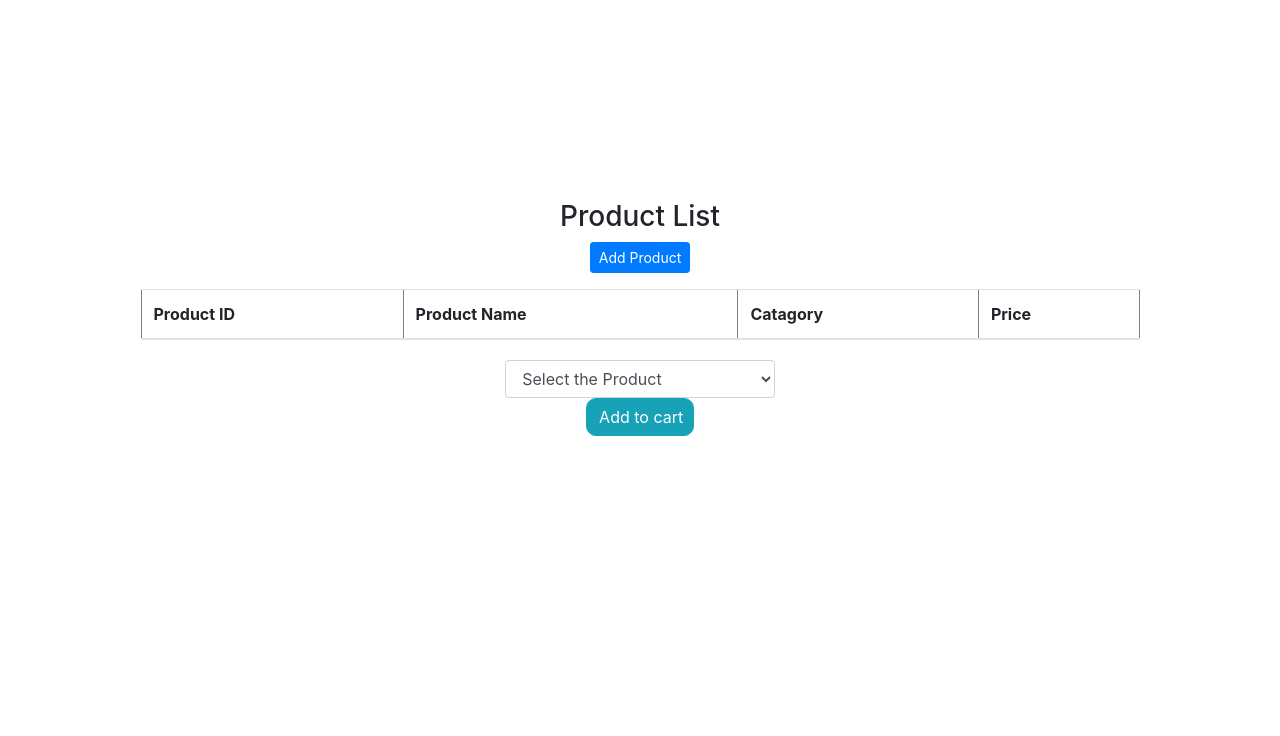
Repository: ponmalar24/Microservice_Bootcamp_SpringbootProject
Page: http://localhost/product
An editor plug-in stored every save of this project. The page is shown before and after the next save, followed by the edit.
The browser window is 1280 px wide. The pictures show the whole page.
The page is this project's Thymeleaf template; nobody is signed in. The template is opened directly, without the code that normally fills it, so the values that code supplies are empty.

Above is the page before, as saved 2022-04-24 08:06:56.

After the next save:
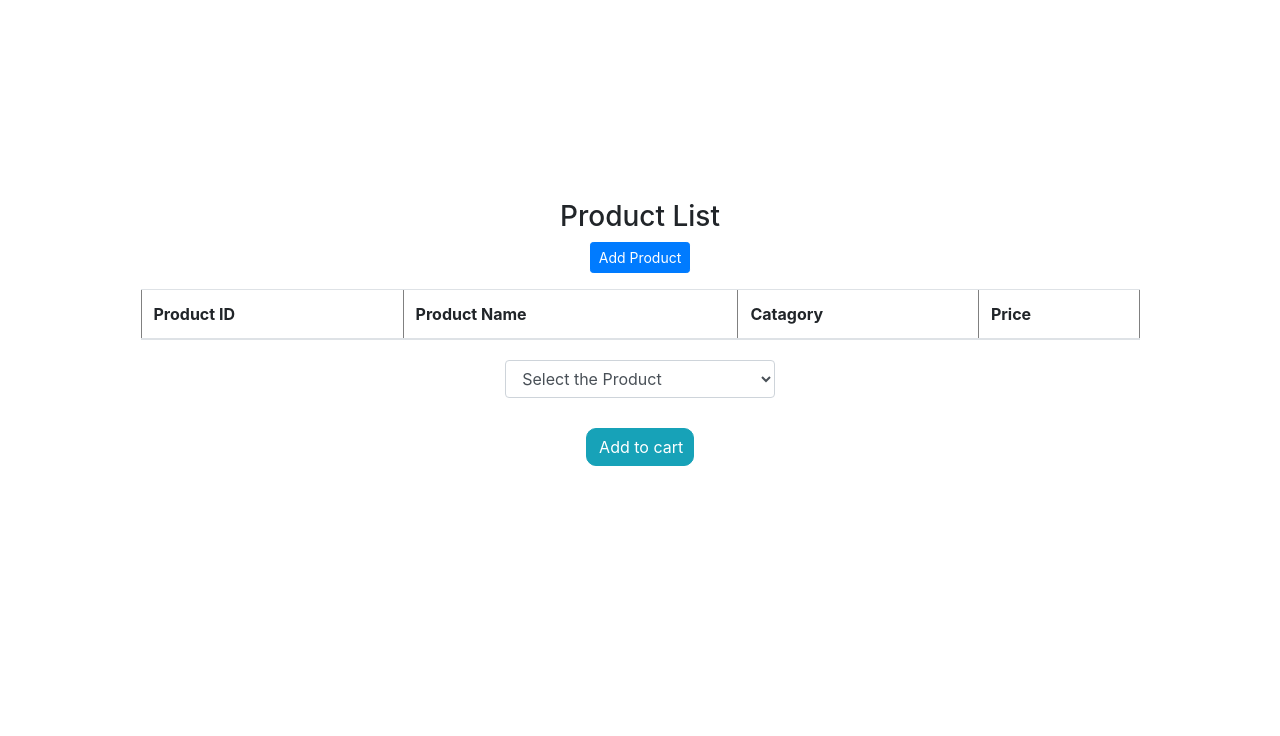
Saved 74 s later.
--- a/product/src/main/resources/templates/product.html
+++ b/product/src/main/resources/templates/product.html
@@ -31,6 +31,7 @@ align-items:center;
 .button {
 	border-radius:10px;
 	width:40%;
+	margin-top:30px;
 }
 
 </style>
